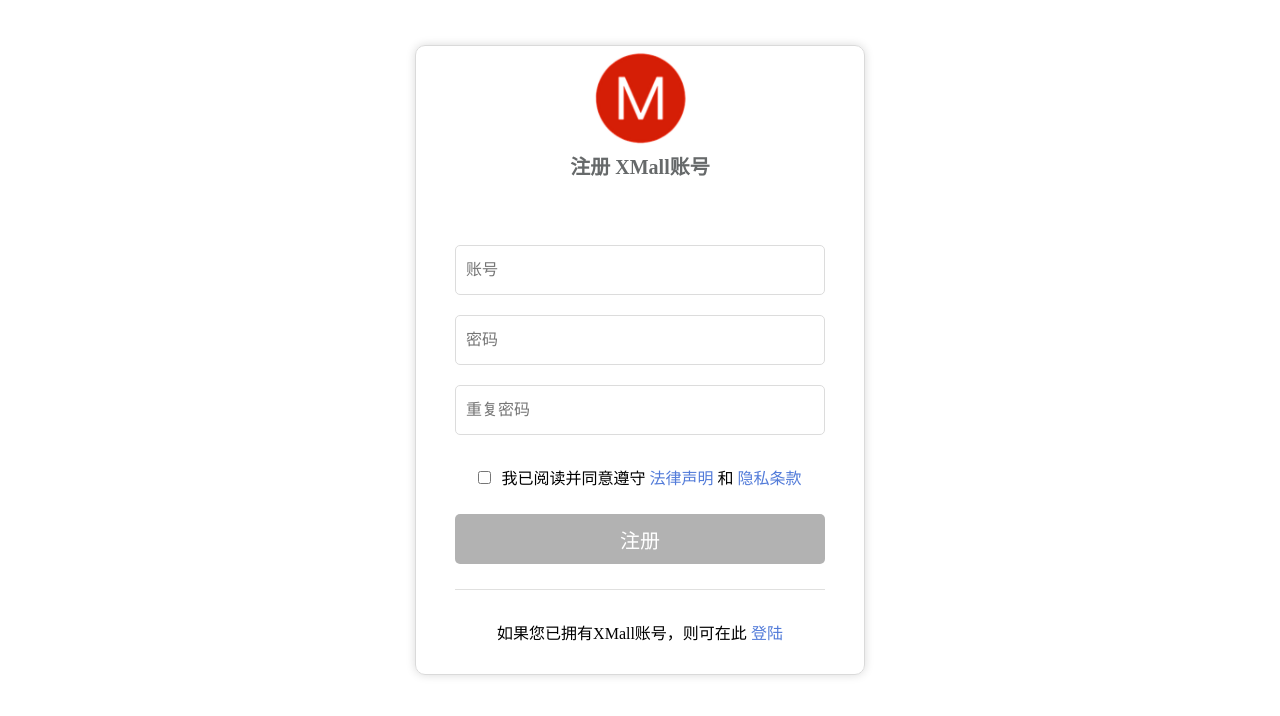
Repository: dingqihui1997/xmall-demo
Page: /signin
The author's editor kept a copy of each file at every save. The page is drawn from the files as they stood at one save, then again after the next save.
The browser window is 1280 px wide. The pictures show the whole page.
The project was rebuilt for these pictures with package versions that can differ from the ones it lists, and the page was loaded fresh each time. Also part of the build but not shown: vue.config.js, src/views/Home.vue.

Above is the page before, as saved 2021-06-29 17:33:51.

### src/main.js
import Vue from 'vue'
import App from './App.vue'
import router from './router'
import store from './store'
import ElementUI from 'element-ui';
import 'element-ui/lib/theme-chalk/index.css';
Vue.use(ElementUI);
Vue.config.productionTip = false

new Vue({
  router,
  store,
  render: h => h(App)
}).$mount('#app')

### src/App.vue
<template>
  <div id="app">
    <router-view />
  </div>
</template>

<style lang="scss">
@import "./styles/common";
@import "./styles/ui";
</style>

### src/router/index.js
import Vue from 'vue'
import VueRouter from 'vue-router'
import Home from '../views/Home.vue'

Vue.use(VueRouter)

const routes = [
  {
    path: '/',
    name: 'Home',
    component: Home
  },
  {//登录
    path: '/signin',
    name: 'Signin',
    component: () => import('../components/signin/Signin.vue')
  },
  {//注册
    path: '/register',
    name: 'Register',
    component: () => import('../components/register/Register.vue')
  },


]

const router = new VueRouter({
  mode: 'history',
  base: process.env.BASE_URL,
  routes
})

export default router

### src/styles/common.scss
 * {
     margin: 0;
     padding: 0;
 }

 .center {
     //居中显示
     margin: auto;
     position: absolute;
     top: 0;
     bottom: 0;
     left: 0;
     right: 0;
 }

 * {
     box-sizing: border-box;
 }

 .wi100 {
     width: 100%;
 }

 .hei100 {
     height: 100%;
 }

 .pflex {
     position: fixed;
     /* 固定定位 */
 }

 .flex {
     display: flex;
 }

 .flex-wrap {
     /* 子元素换行排列 */
     display: flex;
     flex-wrap: wrap;
     align-items: center;
 }

 .flex-j {
     display: flex;
     justify-content: center;
     /* 水平方向居中 */
 }

 .flex-a {
     display: flex;
     align-items: center;
     /* 垂直方向居中 */
 }

 .flex-ja {
     /* felx-ja 垂直水平方向居中 */
     display: flex;
     align-items: center;
     justify-content: center;
 }

 .flex-sb {
     /* flex-sb 子元素两边排列 */
     display: flex;
     justify-content: space-between;
 }

 .flex-sba {
     /* flex-sb 子元素两边排列 bing居中 */
     display: flex;
     justify-content: space-between;
     align-items: center;
 }

 .flex-d {
     /* z子元素竖向排列 */
     display: flex;
     flex-direction: column;
 }

 .flex-di {
     /* 子元素竖向排列并居中 */
     display: flex;
     flex-direction: column;
     align-items: center;
 }

 .flex-dj {
     /* 子元素竖向排列并居中 */
     display: flex;
     flex-direction: column;
 }

 .flex-dji {
     /* 子元素竖向排列并水平垂直居中 */
     display: flex;
     flex-direction: column;
     align-items: center;
     justify-content: center;
 }

 .pad-t10 {
     padding-top: 10px;
 }

 .pad-t15 {
     padding-top: 15px;
 }

 .margin-r55 {
     margin-right: 55px;
 }

 .marginauto {
     margin: 0 auto;
 }

 .img100 {
     width: 100%;
     height: 100%;
 }

 .img50 {
     width: 50%;
     height: 50%;
 }

 .imgh100 {
     height: 100%;
 }

 .img45 {
     width: 45%;
     height: 45%;
 }

 .img80 {
     width: 80%;
     height: 80%;
 }

 .font20 {
     font-size: 20px;
 }

 .font18 {
     font-size: 18px;
 }

 .font16 {
     font-size: 16px;
 }

 .font14 {
     font-size: 14px;
 }

 .font12 {
     font-size: 12px;
 }

 .flex1 {
     flex: 1;
 }

 .flex2 {
     flex: 1.5;
 }

 .color30 {
     color: #000000;
 }

 .color3f {
     /* 白色 */
     color: #fff;
 }

 .margin-t10 {
     margin-top: 10px;
 }

 .margin-t5 {
     margin-top: 5px;
 }

 .margin-t20 {
     margin-top: 20px;
 }

 .margin-r5 {
     margin-right: 5px;
 }

 .margin-r15 {
     margin-right: 15px;
 }

 .margin-r10 {
     margin-right: 10px;
 }

 .margin-r20 {
     margin-right: 20px;
 }

 .margin-r30 {
     margin-right: 30px;
 }

 .margin-l10 {
     margin-left: 10px;
 }

 .margin-l20 {
     margin-left: 20px;
 }

 .margin-b10 {
     margin-bottom: 10px;
 }

 .text-de {
     /* 有下划线 */
     text-decoration: underline;
 }

 .text-li {
     text-decoration: line-through;
     /* 删除线 */
 }

 .font-w7 {
     /* 加粗 */
     font-weight: 700;
 }

 .fontstyle-i {
     /* 斜体 */
     font-style: italic;
 }

 .shuoming {
     position: relative;
     top: 55px
 }

 .textr {
     text-align: right;
 }

### src/styles/ui.scss
.login {
    .el-input__inner {
        width: 370px;
        height: 50px;
    }

    .el-input__suffix {
        position: absolute;
        right: 50px;
    }

    .el-input {
        position: relative;
    }
}

### src/components/signin/Signin.vue
<template>
  <!-- 登录页面 -->
  <div class="one">
    <div class="box center flex-d login">
      <div class="top flex-dja">
        <div class="flex-ja"><img src="../../assets/log1.png" alt="" /></div>
        <div class="flex-ja">注册 XMall账号</div>
      </div>
      <!-- 账号 -->
      <div class="flex-ja name">
        <input type="text" placeholder="账号" class="ipt" v-model="username" />
      </div>
      <!-- 密码 -->
      <div class="flex-ja name">
        <input
          type="password"
          placeholder="密码"
          class="ipt"
          v-model="password"
        />
      </div>
      <!-- 重复密码 -->
      <div class="flex-ja name">
        <input
          type="password"
          placeholder="重复密码"
          class="ipt"
          v-model="Repeat"
        />
      </div>
      <div class="flex-ja choice">
        <input type="checkbox" class="inpt" v-model="checked" />
        我已阅读并同意遵守<span>&nbsp;法律声明&nbsp;</span>和<span
          >&nbsp;隐私条款</span
        >
      </div>
      <div class="flex-ja regis">
        <!-- 动态绑定属性，最先是true禁用状态 -->
        <button
          :disabled="flag"
          :class="{ back: flag === false }"
          @click="goto"
        >
          注册
        </button>
      </div>
      <div class="flex-ja">
        <div class="bottom flex-ja">
          如果您已拥有XMall账号，则可在此<span>&nbsp;登陆</span>
        </div>
      </div>
    </div>
  </div>
</template>

<script>
import axios from "axios";
export default {
  name: "",
  props: {},
  data() {
    return {
      username: "",
      password: "",
      Repeat: "",
      flag: true, //最开始禁用按钮
      checked: false,
    };
  },
  components: {},
  methods: {
    goto() {
      if (this.checked === false) {
        this.$message.error("您未勾选同意我们的相关注册协议");
      }
      if (this.password !== this.Repeat) {
        this.$message.error("两次输入的密码不相同");
      }
      if (this.password === this.Repeat && this.checked === true) {
        axios
          .post("/api/users/register", {
            username: this.username,
            password: this.password,
          })
          .then((res) => {
            console.log(res);
          })
          .catch((err) => {
            console.log("请求失败", err);
          });
      }
    },
  },
  mounted() {},
  computed: {},
  watch: {
    username(val) {
      this.username = val;
    },
    password(val) {
      this.password = val;
    },
    Repeat(val) {
      //账号和密码都输入了内容后，然后就不禁用button
      this.Repeat = val;
      if (this.username !== "" && this.password !== "" && val !== "") {
        this.flag = false;
        // console.log(val);
      } else {
        this.flag = true;
      }
    },
  },
};
</script>

<style lang='scss' scoped>
.box {
  width: 450px;
  height: 630px;
  border: 1px solid #dadada;
  border-radius: 10px;
  box-shadow: 0 0 10px #dadada;
}
.one {
  height: 100vh;
}
.top {
  height: 240px;
  font-size: 20px;
  color: #66696a;
  font-weight: 700;
  margin-bottom: 35px;
}
.ipt {
  width: 370px;
  height: 50px;
  outline: none;
  border: 1px #dcdcdc solid;
  border-radius: 5px;
  padding-left: 10px;
  font-size: 16px;
}
button {
  margin: 25px 0px;
  width: 370px;
  height: 50px;
  border-radius: 5px;
  border: none;
  color: #fff;
  font-size: 20px;
  background-color: #b2b2b2; //最开始设置成灰色背景颜色
}

span {
  color: #527bd9;
}

.name {
  margin-top: 10px;
  margin-bottom: 10px;
  text-align: center;
}
.choice {
  margin-top: 20px;
}
.regis {
  padding: 0 35px;
}
.inpt {
  margin-right: 10px;
}
.bottom {
  width: 370px;
  border-top: 1px #e0e0df solid;
  padding: 30px 0;
}
.back {
  background-color: #5f86e4; //当按钮不禁用的时候就显示蓝色，然后添加hover的效果
  &:hover {
    background-color: #6283cf;
  }
}
</style>

Loaded but not shown: public/index.html (common file); src/store/index.js (common file)

After the next save:
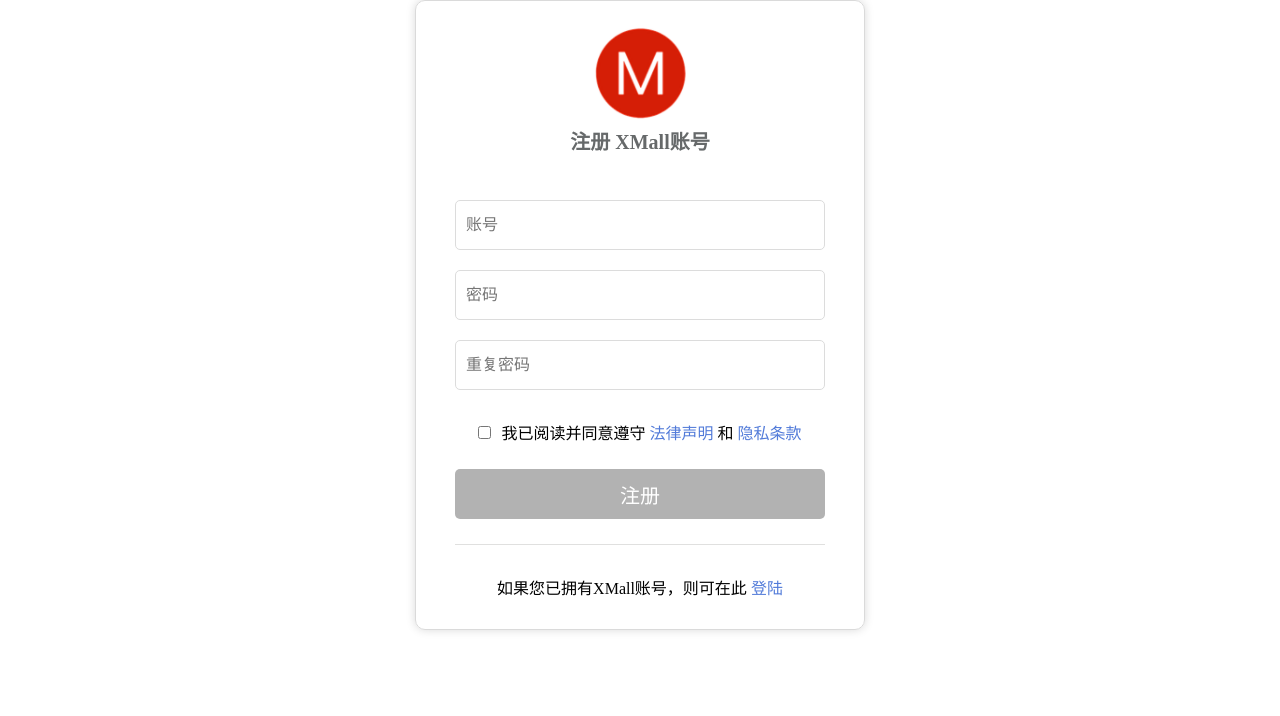
Saved 45 s later.
--- a/src/components/signin/Signin.vue
+++ b/src/components/signin/Signin.vue
@@ -2,7 +2,7 @@
   <!-- 登录页面 -->
   <div class="one">
     <div class="box center flex-d login">
-      <div class="top flex-dja">
+      <div class="top">
         <div class="flex-ja"><img src="../../assets/log1.png" alt="" /></div>
         <div class="flex-ja">注册 XMall账号</div>
       </div>
@@ -121,6 +121,7 @@
   border: 1px solid #dadada;
   border-radius: 10px;
   box-shadow: 0 0 10px #dadada;
+  position: relative;
 }
 .one {
   height: 100vh;
@@ -131,6 +132,8 @@
   color: #66696a;
   font-weight: 700;
   margin-bottom: 35px;
+  position: relative;
+  top: 20px;
 }
 .ipt {
   width: 370px;
